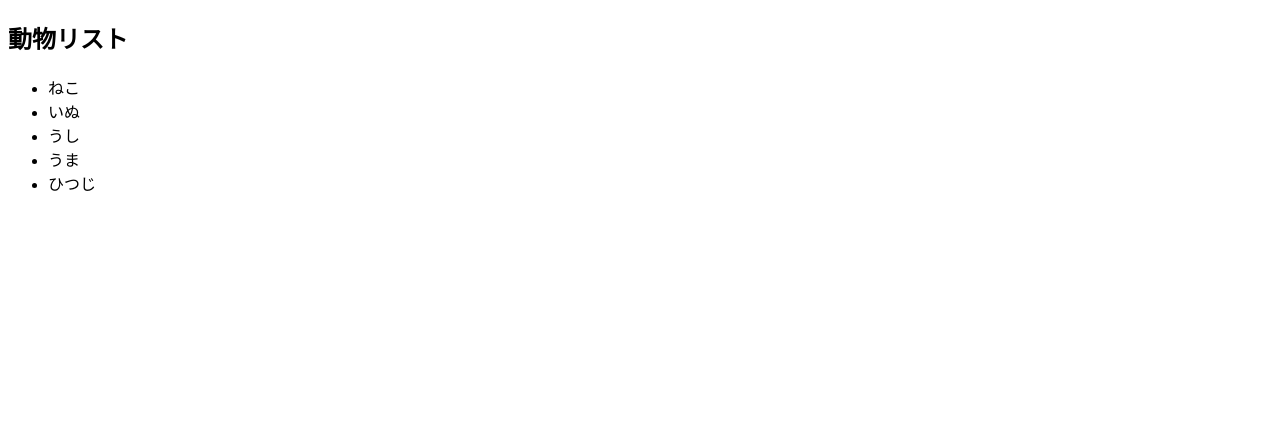
Repository: wadashuri/gourmet-website-develop
Page: js.1/07/func_sample1.html
The author's editor kept a record of every edit. The page is drawn from the files as they stood at one moment, then again after the next edit.
The browser window is 1280 px wide. The pictures show the whole page.

Above is the page before.

### js.1/07/func_sample1.html
<!DOCTYPE html>
<html lang="ja">
<head>
    <meta charset="UTF-8">
    <meta name="viewport" content="width=device-width, initial-scale=1.0">
    <meta http-equiv="X-UA-Compatible" content="ie=edge">
    <title>Document</title>
</head>
<body>

<script>

let animals = ['ねこ', 'いぬ', 'うし', 'うま', 'ひつじ'];
let fruits = ['アップル', 'オレンジ', 'グレープ', 'メロン'];

document.write('<h2>動物リスト</h2>');
document.write('<ul>');
for (let animal of animals) {
    document.write(`<li>${animal}</li>`);
}
document.write('</ul>');

</script>

</body>
</html>

After the next edit:
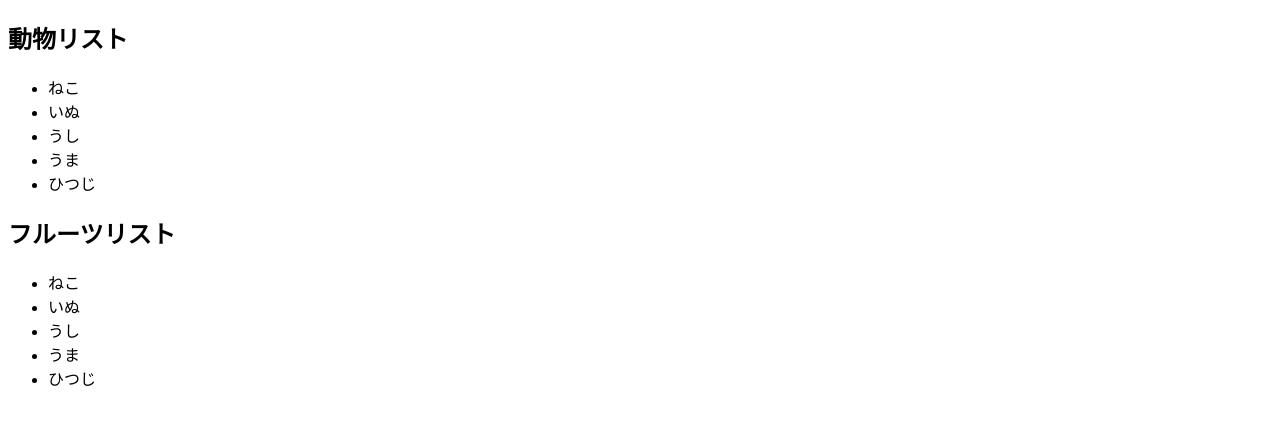
The edit:
--- a/js.1/07/func_sample1.html
+++ b/js.1/07/func_sample1.html
@@ -20,6 +20,13 @@
 }
 document.write('</ul>');
 
+document.write('<h2>フルーツリスト</h2>');
+document.write('<ul>');
+for (let animal of animals) {
+    document.write(`<li>${animal}</li>`);
+}
+document.write('</ul>');
+
 </script>
 
 </body>
